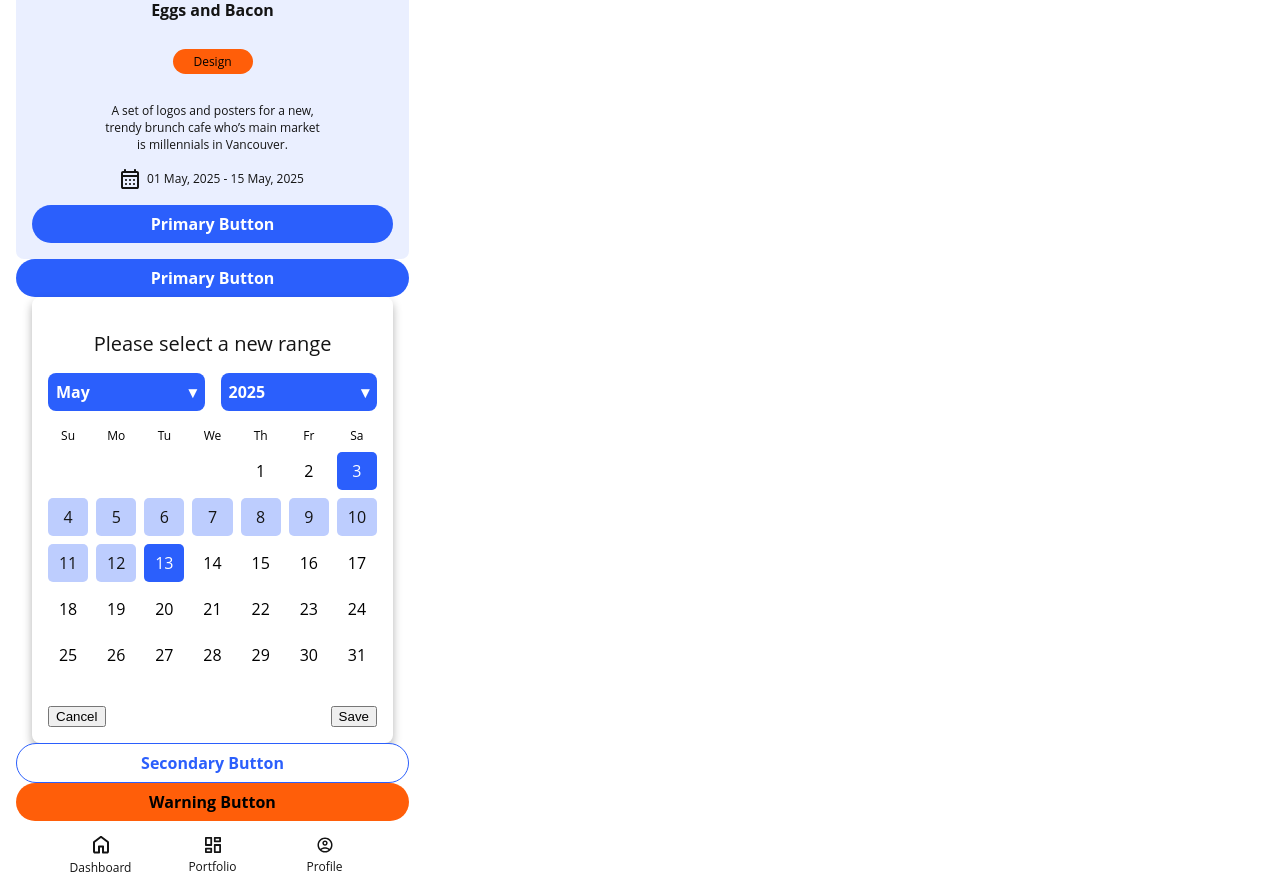
Repository: brunaguarizo/mosaic_app
Page: /
These files come from the project's save history. The page is drawn as it stood at one moment and after the next save; the edit follows.
The browser window is 1280 px wide. The pictures show the whole page.
The project was rebuilt for these pictures with package versions that can differ from the ones it lists, and the page was loaded fresh each time. The framework's server and built-in components were replaced by stand-ins that run in the browser. Also part of the build but not shown: next.config.mjs.

Above is the page before, as saved 2025-04-18 11:04:42.

After the next save:
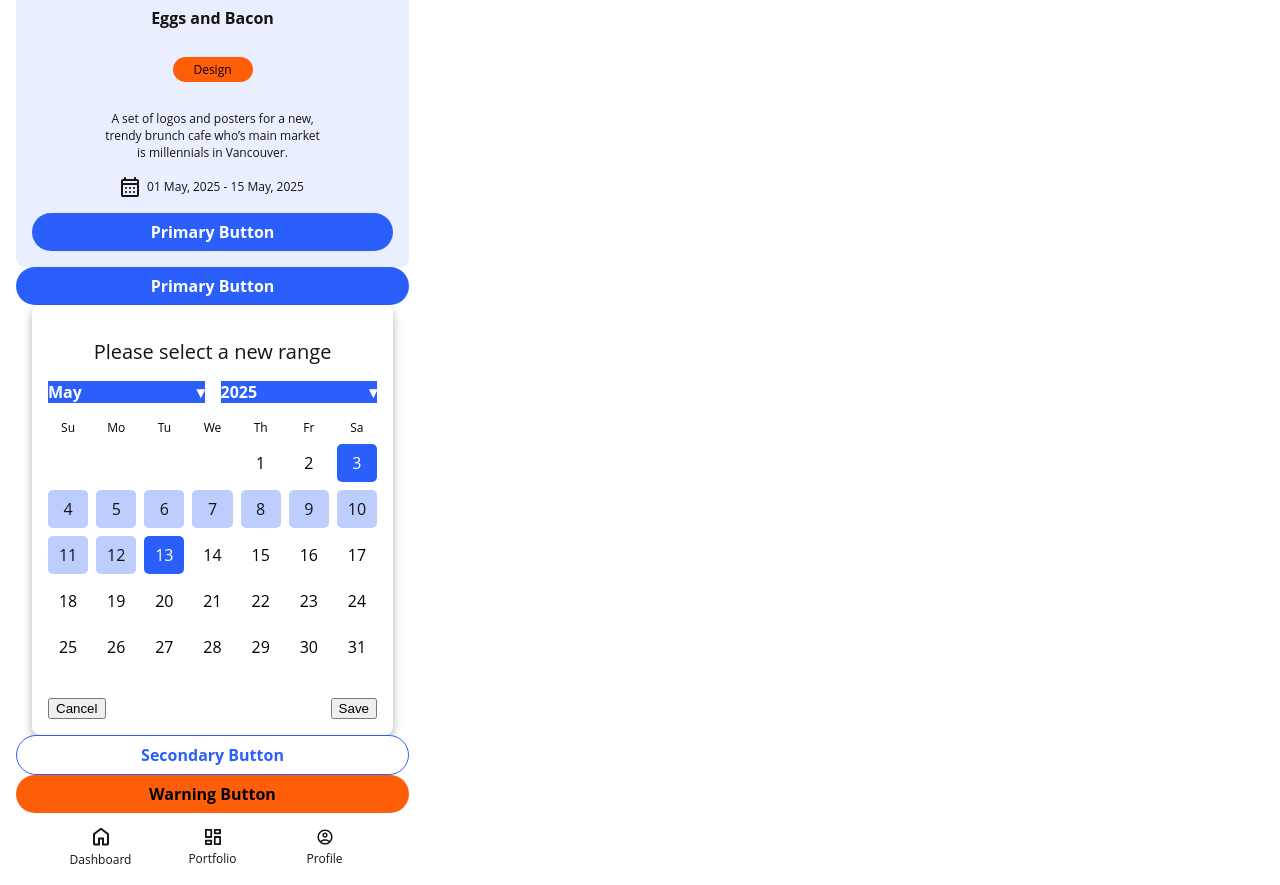
Saved 32 s later.
--- a/app/_ui/Date_PopUp/Date_PopUp.module.css
+++ b/app/_ui/Date_PopUp/Date_PopUp.module.css
@@ -97,7 +97,7 @@
     background-color: var(--blue-primary);
     color: var(--white);
     font-weight: var(--font-weight-bold);
-    border-radius: 8px;
+    border-radius: var(--space-small)
     padding: var(--space-small);
     display: flex;
     justify-content: space-between;
